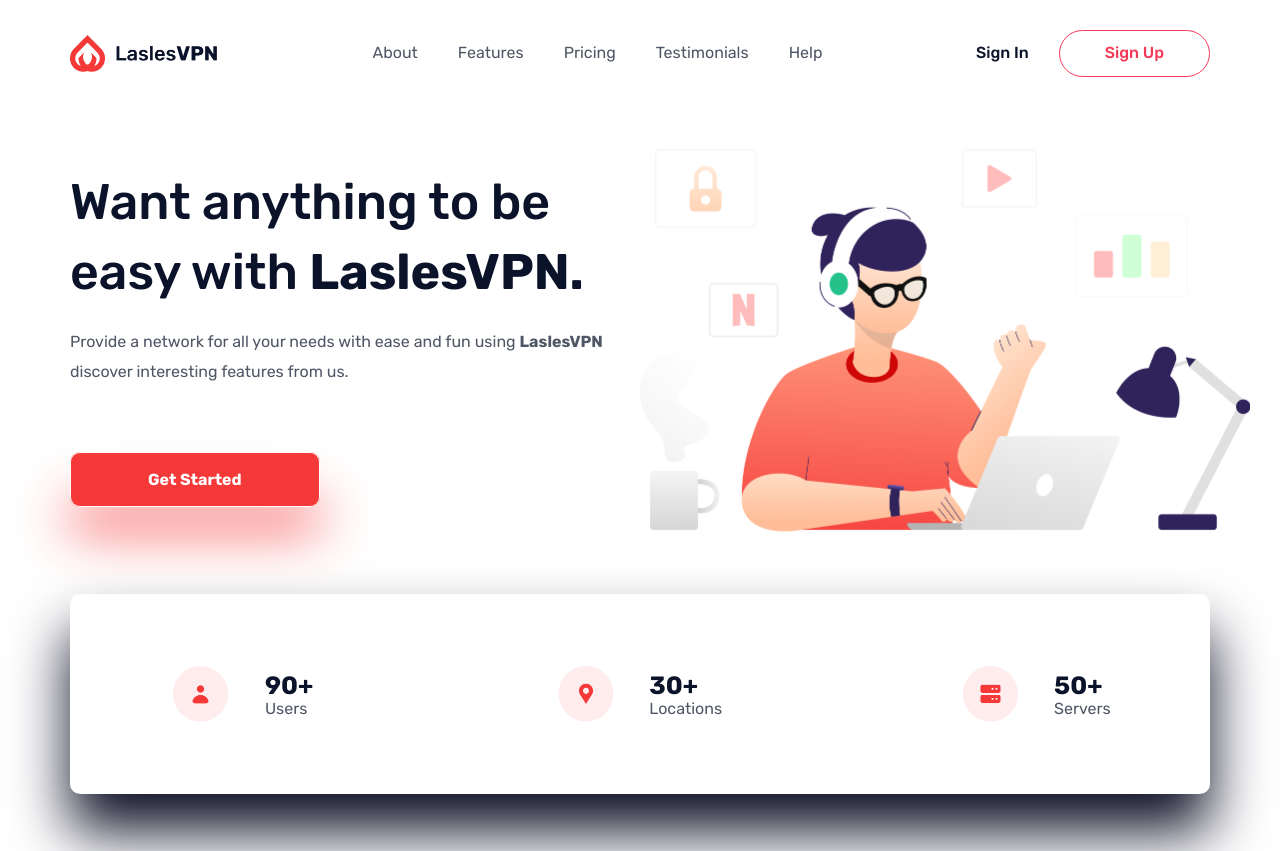
Repository: thefellowshiplotr/lasles_recode
Page: index.html
The author's editor kept a copy of each file at every save. The page is drawn from the files as they stood at one save, then again after the next save.
The browser window is 1280 px wide. The pictures show the whole page.
The style sheet was rebuilt from its Sass, Less or Tailwind sources for each picture, by a compiler version that may differ from the author's.

Above is the page before, as saved 2022-10-28 14:53:51.

### index.html
<!DOCTYPE html>
<html lang="en">
  <head>
    <meta charset="UTF-8" />
    <meta http-equiv="X-UA-Compatible" content="IE=edge" />
    <meta name="viewport" content="width=device-width, initial-scale=1.0" />
    <title>Lasles Vpn</title>
    <link rel="preconnect" href="https://fonts.googleapis.com" />
    <link rel="preconnect" href="https://fonts.gstatic.com" crossorigin />
    <link
      href="https://fonts.googleapis.com/css2?family=Rubik:wght@400;500;700&display=swap"
      rel="stylesheet"
    />
    <link rel="stylesheet" href="./css/app.css" />
  </head>
  <body>
    <div class="wrapper">
      <header class="header">
        <div class="container">
          <div class="header-container">
            <img srcset="./img/logo.png 2x" alt="" class="header-logo" />
            <ul class="menu">
              <li class="menu-item">
                <a href="#" class="menu-link">About</a>
              </li>
              <li class="menu-item">
                <a href="#" class="menu-link">Features</a>
              </li>
              <li class="menu-item">
                <a href="#" class="menu-link">Pricing</a>
              </li>
              <li class="menu-item">
                <a href="#" class="menu-link">Testimonials</a>
              </li>
              <li class="menu-item">
                <a href="#" class="menu-link">Help</a>
              </li>
            </ul>
            <div class="header-auth">
              <a href="#" class="header-signin">Sign In</a>
              <a href="#" class="header-signup">Sign Up</a>
            </div>
          </div>
        </div>
      </header>
    </div>
    <div class="wrapper">
      <section class="hero">
        <div class="container">
          <div class="hero-container">
            <div class="hero-content">
              <h1 class="hero-heading">
                Want anything to be easy with
                <strong class="hero-laslesvpn">LaslesVPN.</strong>
              </h1>
              <p class="hero-desc">
                Provide a network for all your needs with ease and fun using
                <strong class="hero-laslesvpn2">LaslesVPN</strong> discover
                interesting features from us.
              </p>
            </div>
            <div class="hero-btn">
              <a href="" class="button button-primary">Get Started</a>
            </div>
            <div class="hero-img">
              <img srcset="./img/hero-image.png 2x" alt="" />
            </div>
          </div>
        </div>
      </section>
    </div>
    <div class="wrapper">
      <section class="intro">
        <div class="container">
          <div class="intro-container">
            <div class="intro-item">
              <div class="intro-icon">
                <img srcset="./img/user.png 2x" alt="" />
              </div>
              <div class="intro-info">
                <div class="intro-title">90+</div>
                <p class="intro-text">Users</p>
              </div>
            </div>
            <div class="intro-item">
              <div class="intro-icon">
                <img srcset="./img/location.png 2x" alt="" />
              </div>
              <div class="intro-info">
                <div class="intro-title">30+</div>
                <p class="intro-text">Locations</p>
              </div>
            </div>
            <div class="intro-item">
              <div class="intro-icon">
                <img srcset="./img/server.png 2x" alt="" />
              </div>
              <div class="intro-info">
                <div class="intro-title">50+</div>
                <p class="intro-text">Servers</p>
              </div>
            </div>
          </div>
        </div>
      </section>
    </div>
  </body>
</html>

### sass/app.scss
@import "reset";
@import "variables";
@import "global";
@import "header";
@import "menu";
@import "hero";
@import "intro";

### sass/_variables.scss
$font: "Rubik", sans-serif;
$text-color: #4f5665;
$heading-color: #0b132a;
$primary-color: #f53838;
$secondary-color: #f53855;
$gray-color: #f6f6f6;
$gray-light-color: #f8f8f8;
$gray-lighter-color: #afb5c0;

### sass/_global.scss
.wrapper {
  max-width: 1440px;
  margin: 0 auto;
}

.container {
  max-width: 1170px;
  margin: 0 auto;
  padding: 0 15px;
}

body {
  line-height: 1;
  font-family: $font;
  color: $text-color;
  font-weight: 400;
}

.button {
  &-primary {
    color: #fff;
    padding: 17px 77px;
    border: none;
    background-color: $primary-color;
    border: 1px solid;
    border-radius: 10px;
    white-space: nowrap;
  }
}

### sass/_header.scss
.header {
  padding-top: 30px;
  padding-bottom: 90px;
  &-container {
    display: flex;
    justify-content: space-between;
    align-items: center;
  }
  &-auth {
    display: flex;
    align-items: center;
    gap: 0 30px;
  }
  &-signin {
    color: $heading-color;
    font-weight: 500;
    font-size: 16px;
    line-height: calc(18.96 / 16);
  }
  &-signup {
    color: $secondary-color;
    font-weight: 500;
    font-size: 16px;
    line-height: calc(18.96 / 16);
    padding: 13px 45px;
    border: 1px solid $secondary-color;
    border-radius: 50px;
    // border-radius: 100rem;
  }
}

### sass/_menu.scss
.menu {
  list-style: none;
  display: flex;
  align-items: center;
  gap: 0 40px;
  &-link {
    color: inherit;
    font-size: 16px;
    line-height: calc(18.96 / 16);
  }
}

### sass/_hero.scss
.hero {
  padding-bottom: 100px;
  &-container {
    display: flex;
    justify-content: space-between;
    align-items: center;
    position: relative;
    gap: 0 40px;
    align-items: center;
  }
  &-content {
    width: 100%;
    max-width: 555px;
    display: flex;
    align-items: center;
    flex-direction: column;
    align-content: center;
  }
  &-img {
    position: absolute;
    top: 50%;
    transform: translate(40px, -40%);
    right: 0;
  }
  &-heading {
    color: $heading-color;
    font-weight: 500;
    font-size: 50px;
    line-height: calc(70 / 50);
    margin-bottom: 20px;
  }
  &-desc {
    font-weight: 400;
    font-size: 16px;
    line-height: calc(30 / 16);
    margin-bottom: 50px;
  }
  &-laslesvpn {
    font-weight: 700;
    font-size: 50px;
    line-height: calc(70 / 50);
  }
  &-btn {
    font-weight: 700;
    font-size: 16px;
    line-height: calc(25 / 16);
    position: absolute;
    left: 0;
    bottom: -55px;
    box-shadow: 0 37px 54px 0px $primary-color;
  }
}

### sass/_intro.scss
.intro {
  padding: 57px 0;
  &-container {
    background: #ffffff;
    padding: 37px 0;
    border-radius: 10px;
    box-shadow: 0 37px 57px 0 #0d1025;
    display: grid;
    grid-template-columns: repeat(3, minmax(0, 1fr));
    grid-gap: 0 50px;
    min-height: 200px;
  }
  &-item {
    display: flex;
    align-items: center;
    justify-content: center;
    gap: 0 36.5px;
  }
  &-title {
    color: $heading-color;
    font-weight: 700;
    font-size: 25px;
    line-height: calc(30 / 25);
  }
}

Loaded but not shown: sass/_reset.scss (common file)

After the next save:
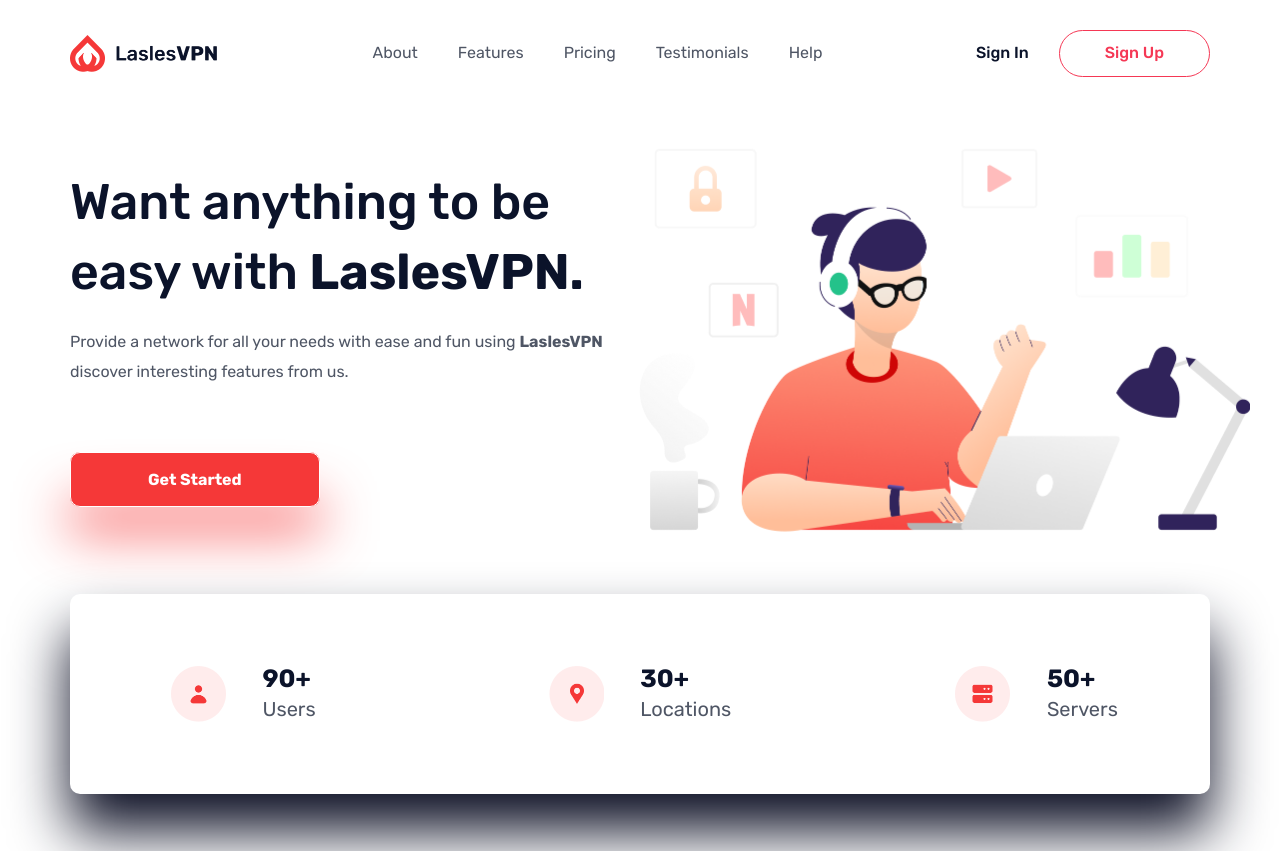
Saved 65 s later.
--- a/sass/_intro.scss
+++ b/sass/_intro.scss
@@ -22,4 +22,10 @@
     font-size: 25px;
     line-height: calc(30 / 25);
   }
+  &-text {
+    color: $text-color;
+    font-weight: 400;
+    font-size: 20px;
+    line-height: calc(30 / 20);
+  }
 }
